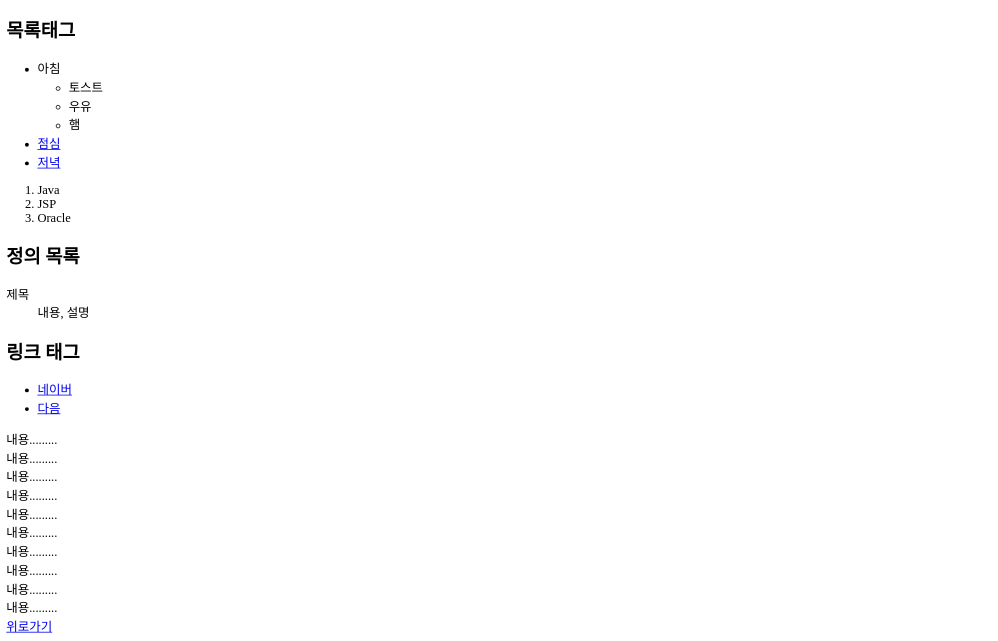
Repository: Cheol-Cheol/KOSA
Page: Kcc_web/Html/WebContent/list.html
The author's editor kept a copy of each file at every save. The page is drawn from the files as they stood at one save, then again after the next save.
The browser window is 1280 px wide. The pictures show the whole page, at 78% of full size.

Above is the page before, as saved 2024-07-08 03:05:12.

After the next save:
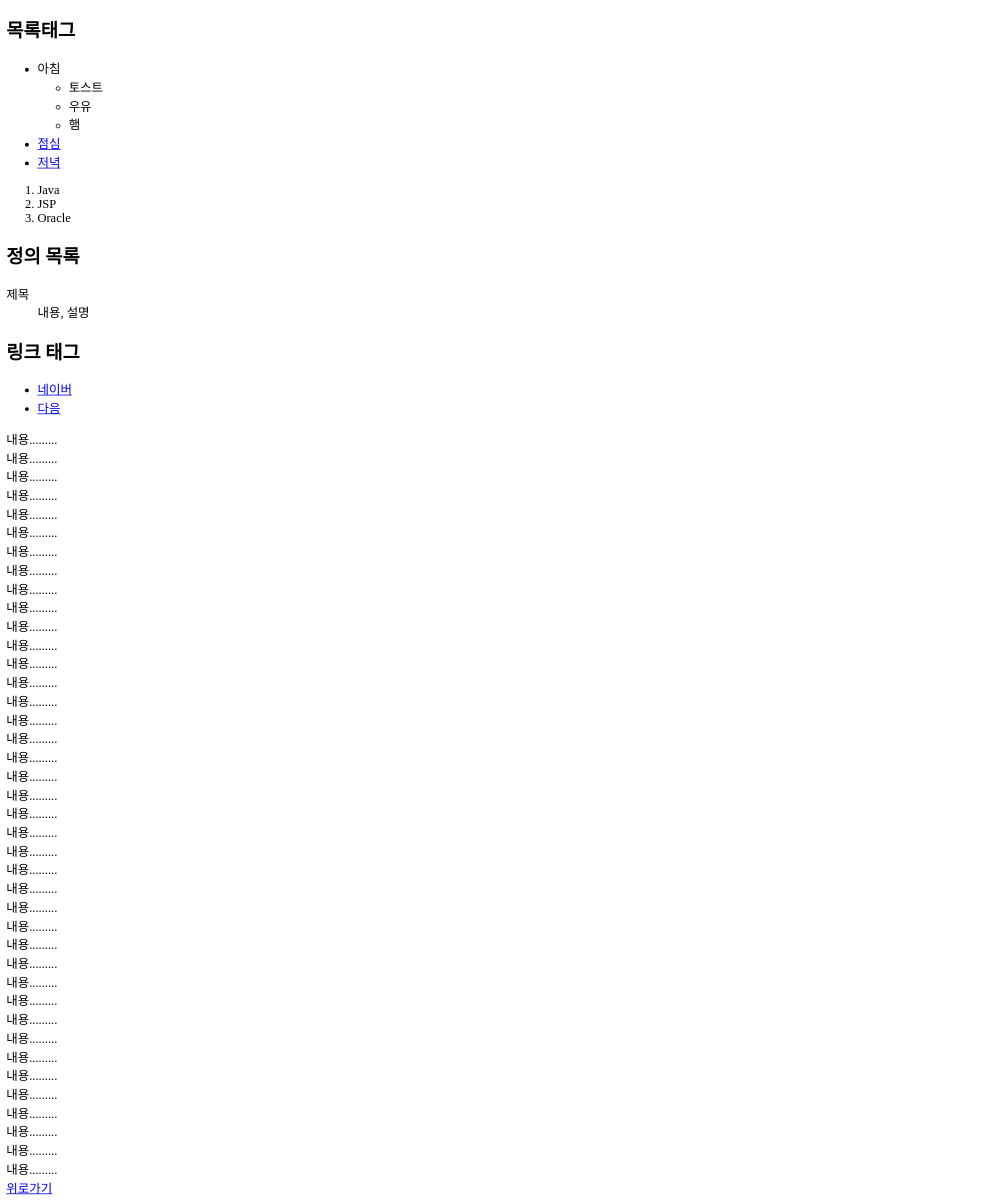
Saved 17 s later.
--- a/Kcc_web/Html/WebContent/list.html
+++ b/Kcc_web/Html/WebContent/list.html
@@ -64,6 +64,37 @@ a {
 	<div>내용.........</div>
 	<div>내용.........</div>
 	<div>내용.........</div>
+	<div>내용.........</div>
+	<div>내용.........</div>
+	<div>내용.........</div>
+	<div>내용.........</div>
+	<div>내용.........</div>
+	<div>내용.........</div>
+	<div>내용.........</div>
+	<div>내용.........</div>
+	<div>내용.........</div>
+	<div>내용.........</div>
+	<div>내용.........</div>
+	<div>내용.........</div>
+	<div>내용.........</div>
+	<div>내용.........</div>
+	<div>내용.........</div>
+	<div>내용.........</div>
+	<div>내용.........</div>
+	<div>내용.........</div>
+	<div>내용.........</div>
+	<div>내용.........</div>
+	<div>내용.........</div>
+	<div>내용.........</div>
+	<div>내용.........</div>
+	<div>내용.........</div>
+	<div>내용.........</div>
+	<div>내용.........</div>
+	<div>내용.........</div>
+	<div>내용.........</div>
+	<div>내용.........</div>
+	<div>내용.........</div>
+
 
 	<a href="#top">위로가기</a>
 </body>
